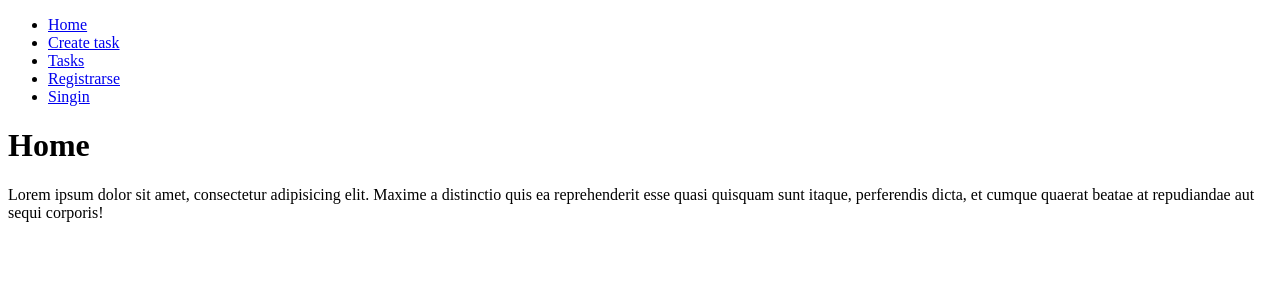
Repository: fercho9922/django-auth-crud
Page: http://localhost/
An editor plug-in stored every save of this project. The page is shown before and after the next save, followed by the edit.
The browser window is 1280 px wide. The pictures show the whole page.
The page is served by the project's application, run on Django 5.2 (manage.py). Other server files are loaded and not shown.

Above is the page before, as saved 2024-04-11 12:26:40.

### tasks/templates/home.html
{% extends 'base.html' %}

{% block content %}
<h1>Home</h1>
<p>Lorem ipsum dolor sit amet, consectetur adipisicing elit. Maxime a distinctio quis ea reprehenderit esse quasi quisquam sunt itaque, perferendis dicta, et cumque quaerat beatae at repudiandae aut sequi corporis!</p>
{% endblock %}

### tasks/templates/base.html
<!DOCTYPE html>
<html lang="en">
<head>
    <meta charset="UTF-8">
    <meta name="viewport" content="width=device-width, initial-scale=1.0">
    <title>Django crud application</title>
</head>
<body>
    <nav>
        <ul>
            <li>
                <a href="/">Home</a>
            </li>
            <li>
                <a href="/tasks/create">Create task</a>
            </li>
            <li>
                <a href="/tasks">Tasks</a>
            </li>
            {% if user.is_authenticated %}
            <li>
                <a href="/logout">logout</a>
            </li>
            {% else %}
                <li>
                    <a href="/signup">Registrarse</a>
                </li>
                <li>
                    <a href="/signin">Singin</a>
                </li>
            {% endif %}
        </ul>
    </nav>
    {% block content %}
    {% endblock %}
</body>
</html>

### tasks/views.py
from django.shortcuts import render, redirect, get_object_or_404
from django.http import HttpResponse
from django.contrib.auth.forms import UserCreationForm, AuthenticationForm
from django.contrib.auth import login, logout, authenticate
from django.db import IntegrityError
from django.contrib.auth.models import User
from .forms import TaskForm
from .forms import task
# Create your views here.

def home(request):
    return render(request, 'home.html')


def signup(request):

    if request.method == 'GET':
        print('Enviando formulario')
        return render(request, 'signup.html',{
            'form':UserCreationForm
        })
    else:
        if request.POST['password1']==request.POST['password2']:
            #Registrar usuario
            try:
                user= User.objects.create_user(username=request.POST['username'],password=request.POST['password1'])
                user.save()
                login(request, user)
                return redirect('tasks')

            except IntegrityError:
                return render(request, 'signup.html', {
                'form':UserCreationForm,
                "error": 'USername already exist'
                })

        return render(request, 'signup.html', {
                'form':UserCreationForm,
                "error": 'Password do not match'
                })
        print(request.POST)
        print('Obteniendo datos')


def create_task(request):

    if request.method == 'GET':
        return render(request, 'create_task.html',{
        'form':TaskForm
    })
    else:
        try:
            form=TaskForm(request.POST)
            new_task=form.save(commit=False)
            new_task.user=request.user
            new_task.save()
            return redirect('tasks')
        except ValueError:
            return render (request, 'create_task.html',{
            'form': TaskForm,
            'error': 'please provide valida data'
            })


def task_detail(request, task_id):
    tarea=get_object_or_404(task,pk=task_id)
    form=TaskForm(instance=task)
    return render(request, 'task_detail.html',{'task':tarea, 'form':form})




def tasks(request):
    tasks=task.objects.all()
    return render(request, 'tasks.html',{'tasks': tasks})

def signout(request):
    logout(request)
    return redirect('home')

def signin(request):
   if request.method == 'GET':
    return render(request, 'signin.html',{
    'form': AuthenticationForm

    })
   else:
        user = authenticate(request, username=request.POST['username'], password=request.POST['password'])
        if user is None:
            print(request.POST)
            return render(request, 'signin.html', {
            'form': AuthenticationForm,
            'error': 'Username or password is incorrect'
            })
        else:
            login(request, user)
            return redirect('tasks')

### djangocrud/urls.py
"""
URL configuration for djangocrud project.

The `urlpatterns` list routes URLs to views. For more information please see:
    https://docs.djangoproject.com/en/5.0/topics/http/urls/
Examples:
Function views
    1. Add an import:  from my_app import views
    2. Add a URL to urlpatterns:  path('', views.home, name='home')
Class-based views
    1. Add an import:  from other_app.views import Home
    2. Add a URL to urlpatterns:  path('', Home.as_view(), name='home')
Including another URLconf
    1. Import the include() function: from django.urls import include, path
    2. Add a URL to urlpatterns:  path('blog/', include('blog.urls'))
"""
from django.contrib import admin
from django.urls import path
from tasks import views

urlpatterns = [
    path('admin/', admin.site.urls),
    path('',views.home, name='home'),
    path('signup/',views.signup, name='signup'),
    path('tasks/',views.tasks, name='tasks'),
    path('tasks/create/',views.create_task, name='create_task'),
    path('tasks/<int:task_id>/', views.task_detail, name='task_detail'),
    path('logout/',views.signout, name='logout'),
    path('signin/',views.signin, name='signini'),

]

After the next save:
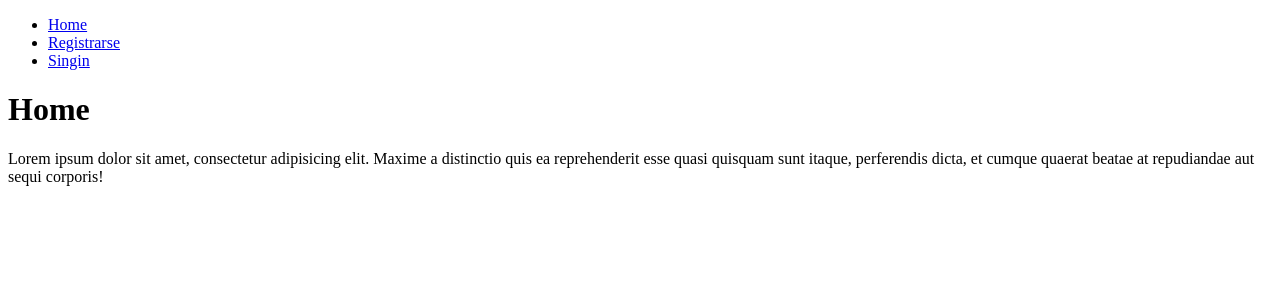
Saved 79 s later.
--- a/tasks/templates/base.html
+++ b/tasks/templates/base.html
@@ -11,13 +11,13 @@
             <li>
                 <a href="/">Home</a>
             </li>
+            {% if user.is_authenticated %}
             <li>
                 <a href="/tasks/create">Create task</a>
             </li>
             <li>
                 <a href="/tasks">Tasks</a>
             </li>
-            {% if user.is_authenticated %}
             <li>
                 <a href="/logout">logout</a>
             </li>
